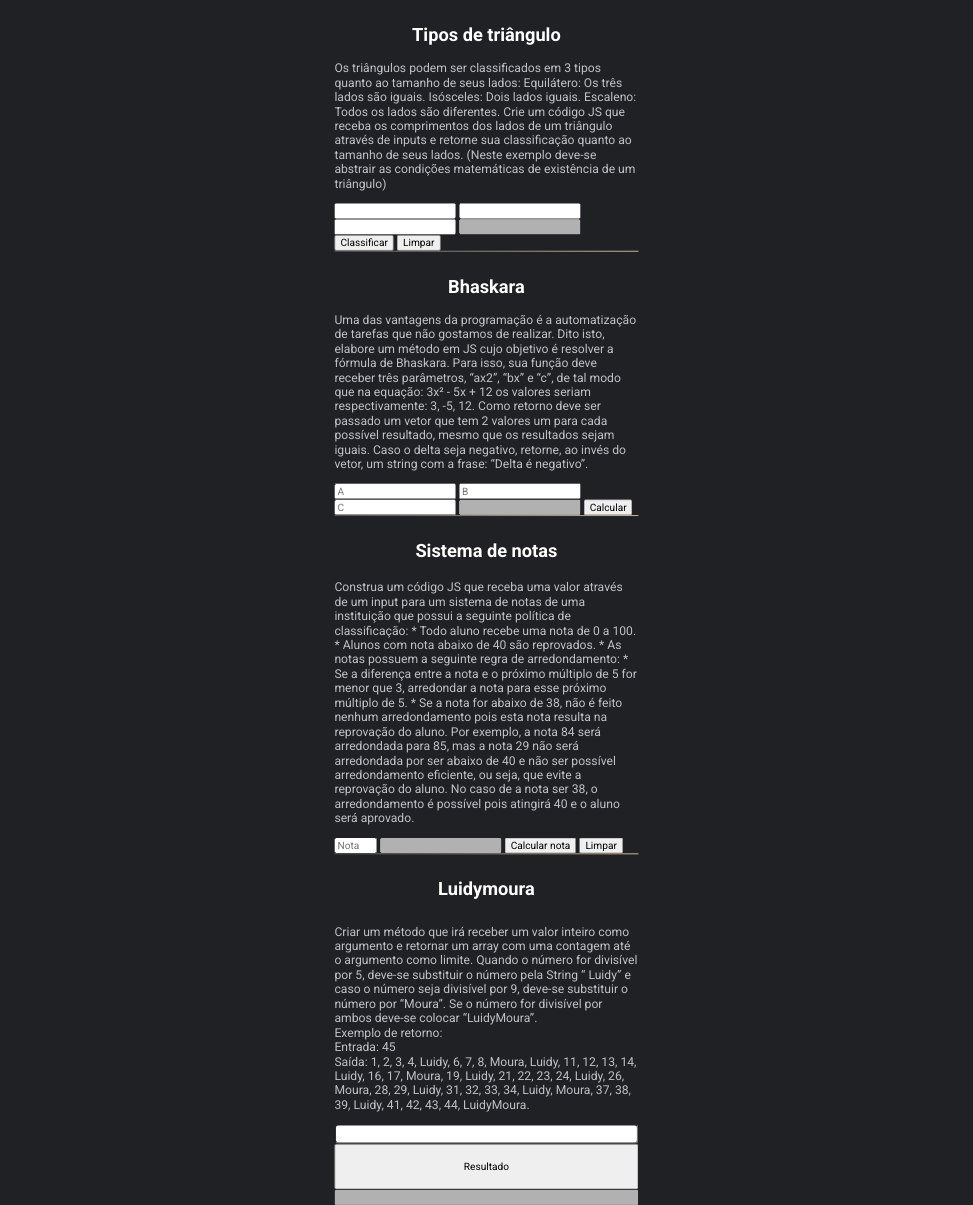
Repository: viviij/Fun-es-Simples-JavaScript
Page: index.html
The author's editor kept a copy of each file at every save. The page is drawn from the files as they stood at one save, then again after the next save.
The browser window is 1280 px wide. The pictures show the whole page, at 76% of full size.

Above is the page before, as saved 2022-08-26 20:40:28.

### index.html
<!DOCTYPE html>
<html lang="ptBR">
  <head>
    <meta charset="UTF-8">
    <link rel="preconnect" href="https://fonts.gstatic.com" crossorigin>
    <link rel="preconnect" href="https://fonts.googleapis.com">
    <meta http-equiv="X-UA-Compatible" content="IE=edge">
    <meta name="viewport" content="width=device-width, initial-scale=1.0">

    <link href="https://fonts.googleapis.com/css2?family=Roboto:wght@400;700&display=swap" rel="stylesheet">

    <link rel="stylesheet" href="styles.css">
    <title>Prova C3C</title>
  </head>
  <body>
    <div class="container">
      <section class="Tipos de Triângulo">
        <header>
          <h1>Tipos de triângulo</h1>
          <p>
            Os triângulos podem ser classificados em 3 tipos quanto ao tamanho de seus lados:

            Equilátero: Os três lados são iguais.
            Isósceles: Dois lados iguais.
            Escaleno: Todos os lados são diferentes.

            Crie um código JS que receba os comprimentos dos lados de um triângulo através de inputs e retorne sua classificação quanto ao tamanho de seus lados. (Neste exemplo deve-se abstrair as condições matemáticas de existência de um triângulo)
          </p>

        </header>
        <div class="main">
          <input type="number" name="trianguloLado1" id="trianguloLado1"/>
          <input type="number" name="trianguloLado2" id="trianguloLado2"/>
          <input type="number" name="trianguloLado3" id="trianguloLado3"/>

          <input type="text" name="tipoDeTriangulo" id="tipoDeTriangulo" disabled/>

          <button id="classificacaoTriangulo">Classificar</button>
          <button id="limparInputBotao">Limpar</button>
        </div>
      </section>

      <div class="linhaDeDivisaoDasQuestoes"></div>

      <section class="Bhaskara">
        <header>
          <h2>Bhaskara</h2>
          <p>Uma das vantagens da programação é a automatização de tarefas que não gostamos de realizar. Dito isto, elabore um método em JS cujo objetivo é resolver a fórmula de Bhaskara.

            Para isso, sua função deve receber três parâmetros, “ax2”, “bx” e “c”, de tal modo que na equação: 3x² - 5x + 12 os valores seriam respectivamente: 3, -5, 12.

            Como retorno deve ser passado um vetor que tem 2 valores um para cada possível resultado, mesmo que os resultados sejam iguais.

            Caso o delta seja negativo, retorne, ao invés do vetor, um string com a frase: “Delta é negativo”.</p>
        </header>
        <div class="main">
          <input type="number" name="bhaskaraValorA" id="bhaskaraValorA" placeholder="A"/>
          <input type="number" name="bhaskaraValorB" id="bhaskaraValorB" placeholder="B"/>
          <input type="number" name="bhaskaraValorC" id="bhaskaraValorC" placeholder="C"/>

          <input type="text" name="resultadoBhaskara" id="resultadoBhaskara" disabled/>
          <button id="calcularBhaskara">Calcular</button>
        </div>
      </section>

      <div class="linhaDeDivisaoDasQuestoes"></div>

      <section class="Sistema de Notas">
        <header>
          <h3>Sistema de notas</h3>
          <p>Construa um código JS que receba uma valor através de um input para um sistema de notas de uma instituição que possui a seguinte política de classificação:

          * Todo aluno recebe uma nota de 0 a 100.
          * Alunos com nota abaixo de 40 são reprovados.
          * As notas possuem a seguinte regra de arredondamento:
            * Se a diferença entre a nota e o próximo múltiplo de 5 for menor que 3, arredondar a nota para esse próximo múltiplo de 5.
            * Se a nota for abaixo de 38, não é feito nenhum arredondamento pois esta nota resulta na reprovação do aluno.

          Por exemplo, a nota 84 será arredondada para 85, mas a nota 29 não será arredondada por ser abaixo de 40 e não ser possível arredondamento eficiente, ou seja, que evite a reprovação do aluno.
          No caso de a nota ser 38, o arredondamento é possível pois atingirá 40 e o aluno será aprovado.</p>
        </header>
        <div class="main">
          <input type="number" name="notaRecebida" id="notaRecebida"  min="0" max="100" placeholder="Nota"/>

          <input type="text" name="arredondamentoNota" id="arredondamentoNota" disabled/>

          <button id="calcularNota">Calcular nota</button>
          <button id="limparNota">Limpar</button>
        </div>
      </section>

      <div class="linhaDeDivisaoDasQuestoes"></div>

      <section class="LuidyMoura">
        <header>
          <h4>Luidymoura</h4>
          <p>Criar um método que irá receber um valor inteiro como argumento e retornar um array com uma contagem até o argumento como limite.

          Quando o número for divisível por 5, deve-se substituir o número pela String “ Luidy” e caso o número seja divisível por 9, deve-se substituir o número por  “Moura”.
          Se o número for divisível por ambos deve-se colocar “LuidyMoura”.
          <br/>
          Exemplo de retorno:
          <br/>

          Entrada:
          45
          <br/>

          Saída:
          1, 2, 3, 4, Luidy, 6, 7, 8, Moura, Luidy, 11, 12, 13, 14, Luidy, 16, 17, Moura, 19, Luidy, 21, 22, 23, 24, Luidy, 26, Moura, 28, 29, Luidy, 31, 32, 33, 34, Luidy, Moura, 37, 38, 39, Luidy, 41, 42, 43, 44, LuidyMoura.</p>
        </header>
        <div class="main">
          <input type="number" name="valorLuidyMoura" id="valorLuidyMoura">
          <button id="calculoLuidyMoura">Resultado</button>
          <input type="form" name="resultadoLuidyMoura" id="resultadoLuidyMoura" disabled>
        </div>
      </section>
    </div>
    <script src="./js/tipos_de_triangulo.js"></script>
    <script src="./js/sistema_de_notas.js"></script>
    <script src="./js/luidymoura.js"></script>
    <script src="./js/bhaskara.js"></script>
  </body>
</html>

### styles.css
body {
  margin: 0;
  padding: 0;
  box-sizing: border-box;
  background: var(--background-color);
  display: flex;
  justify-content: center;
  font-family: 'Roboto', sans-serif;
  font-weight: 400;
}

body h1,
h2,
h3,
h4,
h5,
h6,
h7,
h8 {
  font-family: 'Roboto', sans-serif;
  font-weight: 700;
}

button,
input,
textarea,
select {
  outline: 0;
  font-family: 'Roboto', sans-serif;
  font-weight: 400;
}

a {
  text-decoration: none;
}

ul {
  list-style: none;
}

:root {
  /*CORES GLOBAIS*/
  --text-color: #bdc1c6;
  --background-color: #202124;
  --title-color: #ffffff;

}

.container section {
  max-height: auto;
  max-width: 400px;
}

section {
  color: var(--text-color);
  margin-top: 2rem;
}

.container .linhaDeDivisaoDasQuestoes {
  height: 1px;
  background: linear-gradient(270deg,
      hsla(33, 100%, 88%, 1) 0%,
      hsla(33, 65%, 88%, 0.34) 100%);
}

section h1,
h2,
h3,
h4,
h5 {
  display: flex;
  justify-content: center;
  font-size: 1.5rem;
  color: var(--title-color);
}

.container .questao_1 {}

.container .questao_2 {}

.container .questao_3 {}


/*LuidyMoura QUESTAO 4*/
.LuidyMoura .main {
  display: flex;
  flex-direction: column;
}

#valorLuidyMoura {
  height: 20px;
  width: auto;
  box-shadow: none;
  border-radius: 5px;
  text-align: center;
}

#calculoLuidyMoura {
  height: 60px;
  width: 100%;
}

#resultadoLuidyMoura {
  height: auto;
}

### js/tipos_de_triangulo.js
//Selecionando itens do HTML
const trianLado1 = document.querySelector("#trianguloLado1");
const trianLado2 = document.querySelector("#trianguloLado2");
const trianLado3 = document.querySelector("#trianguloLado3");
const tipoDeTrian = document.querySelector("#tipoDeTriangulo");
const classTrian = document.querySelector("#classificacaoTriangulo") ;
const limparInput = document.querySelector("#limparInputBotao");
//Marcar "erro" caso alguma resposta nao seja preenchida
trianLado1.onblur = () => {
  if(trianLado1.value == "") {
    trianLado1.style = "border-color: #aa0044";
  }else{
    trianLado1.style = "color: #000000";
  }
}

trianLado2.onblur = () => {
  if(trianLado2.value == "") {
    trianLado2.style = "border-color: #aa0044";
  }else{
    trianLado2.style = "color: #000000";
  }
}

trianLado3.onblur = () => {
  if(trianLado3.value == "") {
    trianLado3.style = "border-color: #aa0044";
  }else{
    trianLado3.style = "color: #000000";
  }
}

//Limpar input apos clicar no botao Limpar
limparInput.onclick = () => {
  trianLado1.value = "";
  trianLado2.value = "";
  trianLado3.value = "";
  tipoDeTrian.value = "";
}

//Classificar o tipo de triangulo apos clicar no botao Classificar
classTrian.onclick = () => {
  //Dar foco no input vazio
  if (trianLado1.value == "" && trianLado2.value != "" && trianLado3.value != "") {
    trianLado1.focus();
  }else if (trianLado2.value == "" && trianLado1.value != "" && trianLado3.value != "") {
    trianLado2.focus();
  }else if (trianLado3.value == "" && trianLado1.value != "" && trianLado2.value != "") {
    trianLado3.focus();
  }

  if(trianLado1.value != "" && trianLado2.value != "" && trianLado3.value != "") {

    if (trianLado1.value != trianLado2.value && trianLado1.value != trianLado3.value && trianLado2.value != trianLado3.value) {
      tipoDeTrian.value = "Escaleno: Todos os lados são diferentes.";

    }else if (trianLado1.value == trianLado2.value && trianLado1.value == trianLado3.value && trianLado2.value == trianLado3.value) {
      tipoDeTrian.value = "Equilátero: Os três lados são iguais.";

    }else{
      tipoDeTrian.value = "Isósceles: Dois lados iguais.";

    }
  }
}

### js/sistema_de_notas.js
const notaRec = document.querySelector("#notaRecebida");
const arreNota = document.querySelector("#arredondamentoNota");
const calcNota = document.querySelector("#calcularNota");
const limparNota = document.querySelector("#limparNota")

//Marcar "erro" caso alguma resposta nao seja preenchida
notaRec.onblur = () => {
  if(notaRec.value == "") {
    notaRec.style = "border-color: #aa0044";
  }else{
    notaRec.style = "color: #000000";
  }
}

//Limpar input apos clicar no botao Limpar
limparNota.onclick = () => {
  notaRec.value = "";
  arreNota.value = "";
}

calcNota.onclick = () => {
  //Dar foco no input vazio
  if (notaRec.value == "") {
    notaRec.focus();
  }
  if(notaRec.value != "") {
    //Função do calculo da nota
    if (notaRec.value > 100 || notaRec.value < 0) {
      arreNota.value = "Valor inválido! Por favor digite um numero de 0 a 100.";
    }else if (notaRec.value < 38) {
      return arreNota.value = "Nem com milagre esse ser vai passar :("
    }

    const tabuadaDo5 = [5, 10, 15, 20, 25, 30, 35, 40, 45, 50, 55, 60, 65, 70, 75, 80, 85, 90, 95, 100];

    for (let i in tabuadaDo5) {
      const int = (nota) => {
        nota = Number.parseFloat(nota);
        return nota
      }
      if (int(notaRec.value)+2 >= tabuadaDo5[i]) {
        arreNota.value = tabuadaDo5[i];
      }
    }
  }
}

### js/luidymoura.js
const valorLuidyM = document.querySelector("#valorLuidyMoura")
const resLuidyM = document.querySelector("#resultadoLuidyMoura")
const calcLuidyM = document.querySelector("#calculoLuidyMoura")
function range(n) {//Função responsavel po ir do 0 até o valor x
  const listaNumerica = []
  for (i = 0; i < n; i++) {
    listaNumerica.push(i+1)
  }

  return listaNumerica
}

//Marcar "erro" caso alguma resposta nao seja preenchida
valorLuidyM.onblur = () => {
  if(valorLuidyM.value == "") {
    valorLuidyM.style = "border-color: #aa0044";
  }else{
    valorLuidyM.style = "color: #000000";
  }
}

calcLuidyM.onclick = () => {
  //dar focus no input caso n tenha sido preenchido
  if (valorLuidyM.value == "") {
    valorLuidyM.focus();
  }

  //logica do luidymoura
  if (valorLuidyM != "") {
    contagem = range(valorLuidyM.value)

    //Divisivel por 9 e 5
    let lista = []
    for (let contador in contagem) {

      //divisivel apenas por 5
      if (contagem[contador] % 9 != 0 && contagem[contador] % 5 == 0) {
        lista.push("Luidy")
      }

      //Divisivel apenas por 9
      if (contagem[contador] % 9 == 0 && contagem[contador] % 5 != 0) {
        lista.push("Moura")
      }

      //divisivel por 5 e 9
      if (contagem[contador] % 9 == 0 && contagem[contador] % 5 == 0) {
        lista.push("LuidyMoura")
      }else if (contagem[contador] % 9 != 0 && contagem[contador] % 5 != 0){
        lista.push(contagem[contador])
      }
    }
    resLuidyM.value = lista
  }

}

### js/bhaskara.js
//Selecionando itens do HTML
const bhaskaVA = document.querySelector("#bhaskaraValorA");
const bhaskaVB = document.querySelector("#bhaskaraValorB");
const bhaskaVC = document.querySelector("#bhaskaraValorC");
const resBhaska = document.querySelector("#resultadoBhaskara");
const calcBhaska = document.querySelector("#calcularBhaskara");
//Marcar "erro" caso alguma resposta nao seja preenchida
bhaskaVA.onblur = () => {
  if(bhaskaVA.value == "") {
    bhaskaVA.style = "border-color: #aa0044";
  }else{
    bhaskaVA.style = "color: #000000";
  }
}

bhaskaVB.onblur = () => {
  if(bhaskaVB.value == "") {
    bhaskaVB.style = "border-color: #aa0044";
  }else{
    bhaskaVB.style = "color: #000000";
  }
}

bhaskaVC.onblur = () => {
  if(bhaskaVC.value == "") {
    bhaskaVC.style = "border-color: #aa0044";
  }else{
    bhaskaVC.style = "color: #000000";
  }
}

//Calcular os valores de bhaskara


calcBhaska.onclick = () => {
  //Dar foco no input vazio
  if (bhaskaVA.value == "" && bhaskaVB.value != "" && bhaskaVC.value != "") {
    bhaskaVA.focus();
  }else if (bhaskaVB.value == "" && bhaskaVA.value != "" && bhaskaVC.value != "") {
    bhaskaVB.focus();
  }else if (bhaskaVC.value == "" && bhaskaVA.value != "" && bhaskaVB.value != "") {
    bhaskaVC.focus();
  }

  if (bhaskaVC.value != "" && bhaskaVA.value != "" && bhaskaVB.value != ""){
    //Função de bhaskara
    const valorDelta = (bhaskaVB.value*bhaskaVB.value) - 4*bhaskaVA.value*(bhaskaVC.value);

    if(valorDelta < 0) {
      resBhaska.value = "Delta é negativo";
    }else{
      let calculoDeX = (-bhaskaVB.value+Math.sqrt(valorDelta))/(2*bhaskaVA.value);
      let calculoDeX2 = (-bhaskaVB.value-Math.sqrt(valorDelta))/(2*bhaskaVA.value);
      bhaskaVA.value = ""
      bhaskaVB.value = ""
      bhaskaVC.value = ""

      resBhaska.value = [calculoDeX, calculoDeX2];
    }
  }
}

After the next save:
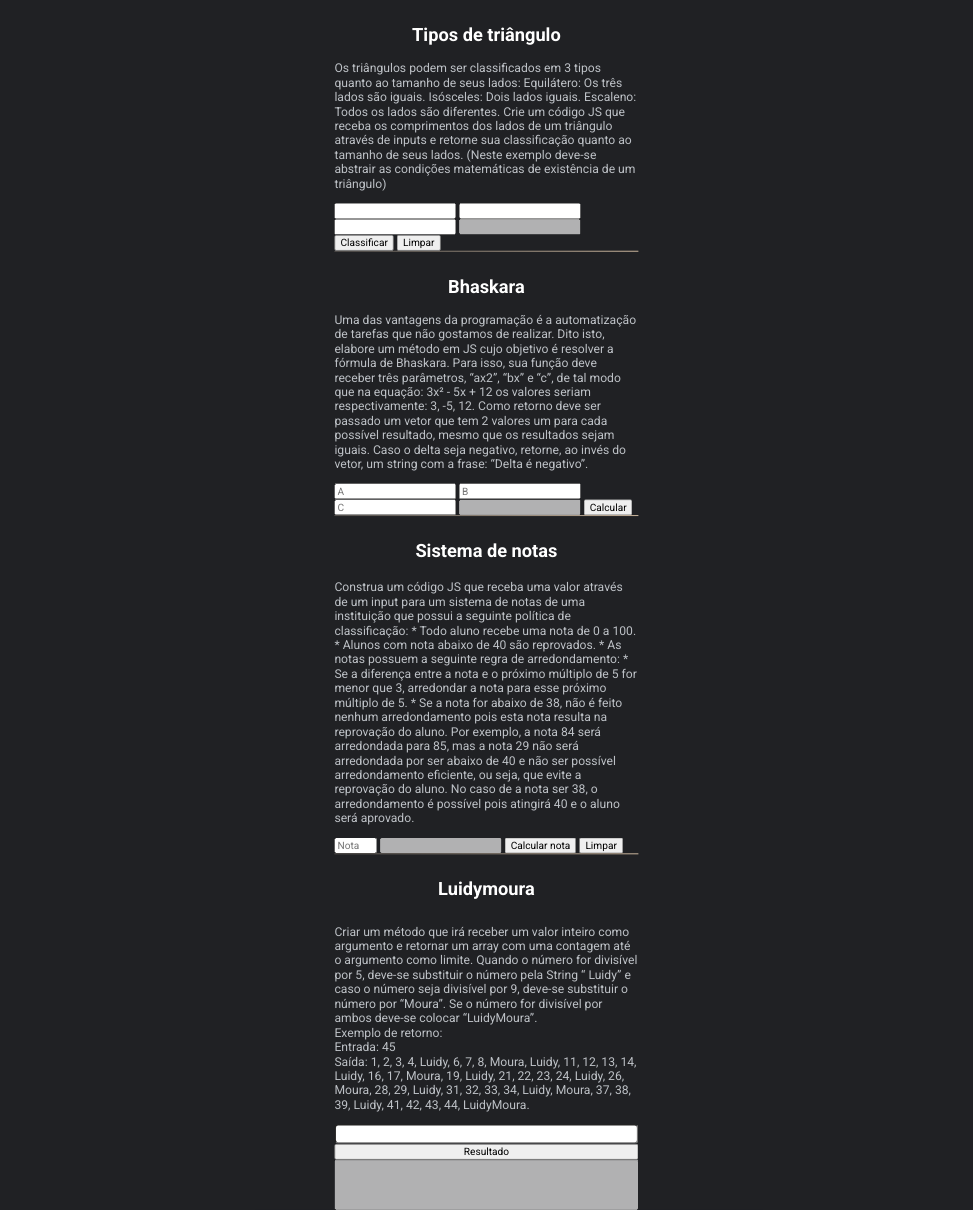
Saved 35 s later.
--- a/styles.css
+++ b/styles.css
@@ -96,10 +96,10 @@ h5 {
 }
 
 #calculoLuidyMoura {
-  height: 60px;
   width: 100%;
 }
 
 #resultadoLuidyMoura {
-  height: auto;
+  height: 60px;
+
 }
